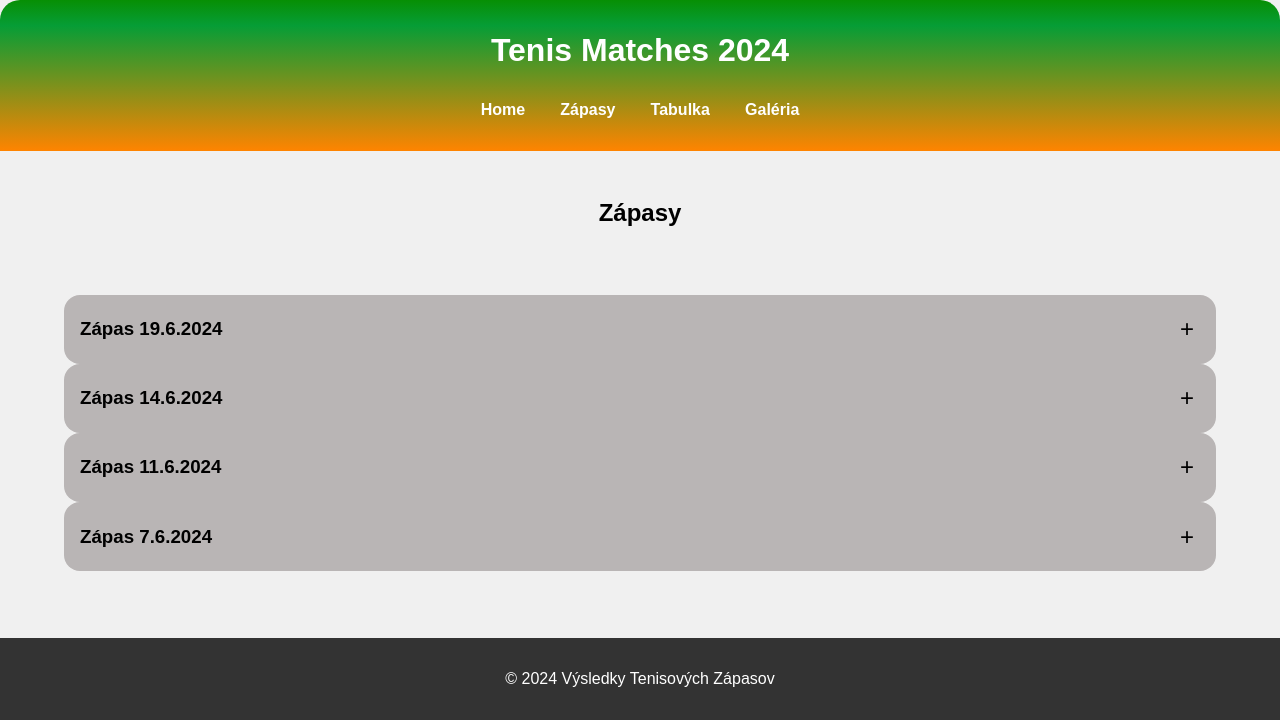
Repository: Badynko/tenis
Page: matches.html
The author's editor kept a copy of each file at every save. The page is drawn from the files as they stood at one save, then again after the next save.
The browser window is 1280 px wide. The pictures show the whole page.

Above is the page before, as saved 2024-07-23 17:57:12.

### matches.html
<!DOCTYPE html>
<html lang="sk">
  <head>
    <meta charset="UTF-8" />
    <meta name="viewport" content="width=device-width, initial-scale=1.0" />
    <title>Tenis Matches 2024</title>
    <link rel="stylesheet" href="css/style.css" />
  </head>
  <body>
    <header>
      <h1>Tenis Matches 2024</h1>
      <nav>
        <ul class="menu">
          <li><a href="index.html">Home</a></li>
          <li><a href="matches.html">Zápasy</a></li>
          <li><a href="table.html">Tabulka</a></li>
          <li><a href="gallery.html">Galéria</a></li>
        </ul>
      </nav>
    </header>
    <main>
      <section id="zapasy">
        <h2>Zápasy</h2>

        <div class="accordion-container">
          <div class="accordion">
            <div class="accordion-header">
              <h3>Zápas 19.6.2024</h3>
              <button>+</button>
            </div>
            <div class="accordion-body">
              <div class="player">Bady</div>
              <div class="score">6 - 4, 3 - 6, 3 - 6</div>
              <div class="player">Wicta</div>
            </div>
          </div>

          <div class="accordion">
            <div class="accordion-header">
              <h3>Zápas 14.6.2024</h3>
              <button>+</button>
            </div>
            <div class="accordion-body">
              <div class="player">Bady</div>
              <div class="score">3 - 6, 3 - 6</div>
              <div class="player">Wicta</div>
            </div>
          </div>

          <div class="accordion">
            <div class="accordion-header">
              <h3>Zápas 11.6.2024</h3>
              <button>+</button>
            </div>
            <div class="accordion-body">
              <div class="player">Bady</div>
              <div class="score">6 - 2, 4 - 6, 6 - 1</div>
              <div class="player">Wicta</div>
            </div>
          </div>

          <div class="accordion">
            <div class="accordion-header">
              <h3>Zápas 7.6.2024</h3>
              <button>+</button>
            </div>
            <div class="accordion-body">
              <div class="player">Bady</div>
              <div class="score">6 - 4, 6 - 2</div>
              <div class="player">Wicta</div>
            </div>
          </div>
        </div>

        <!--<button class="match">
          Zápas 7
          <p>19.6.2024</p>
        </button>
        <div class="accordion, hidden">
          <div class="player">Bady</div>
          <div class="score">6 - 4, 4 - 6, 6 - 2</div>
          <div class="player">Wicta</div>
        </div>

        <button class="match">
          Zápas 6
          <p>16.6.2024</p>
        </button>
        <div class="accordion, hidden">
          <div class="player">Bady</div>
          <div class="score">6 - 3, 7 - 5</div>
          <div class="player">Wicta</div>
        </div>

        <button class="match">
          Zápas 5
          <p>13.6.2024</p>
        </button>
        <div class="accordion, hidden">
          <div class="player">Bady</div>
          <div class="score">6 - 3, 7 - 5</div>
          <div class="player">Wicta</div>
        </div>-->
      </section>
    </main>
    <footer>
      <p>&copy; 2024 Výsledky Tenisových Zápasov</p>
    </footer>
    <script src="js/script-matches.js"></script>
  </body>
</html>

### css/style.css
body {
  font-family: Arial, sans-serif;
  margin: 0;
  padding: 0;
  background-color: #f0f0f0;
}

header {
  background-color: #12684e;
  color: #fff;
  text-align: center;
  padding: 1rem 0;
  border-radius: 20px 20px 0 0;
  background: rgb(7, 143, 4);
  background: linear-gradient(
    180deg,
    rgba(7, 143, 4, 1) 0%,
    rgba(6, 157, 54, 1) 17%,
    rgba(255, 132, 0, 1) 100%
  );
  font-family: Century Gothic, CenturyGothic, AppleGothic, sans-serif;
}

h1 {
  margin: 0;
  margin-top: 1rem;
}

nav {
  margin: 2rem 0;
  margin-bottom: 0;
}

.menu {
  list-style-type: none;
  padding: 0;
  display: flex;
  justify-content: center;
}

.menu li {
  margin: 0 1rem;
}

.menu a {
  color: #fff;
  text-decoration: none;
  padding: 0.5rem 0.1rem;
  border-radius: 5px;
  transition: background-color 0.3s;
  font-weight: bold;
}

.menu a:hover {
  background-color: #575757;
}

main {
  padding: 1rem;
  text-align: center;
}

section {
  margin: 2rem 0;
}

.match {
  background-color: #fff;
  padding: 1rem;
  border-radius: 5px;
  box-shadow: 0 0 10px rgba(0, 0, 0, 0.1);
  display: flex;
  justify-content: space-between;
  align-items: center;
  flex-wrap: wrap;
}

.player {
  font-size: 1.2rem;
  flex: 1 1 100%;
  text-align: center;
  margin: 0.5rem 0;
}

.score {
  font-size: 1.5rem;
  flex: 1 1 100%;
  text-align: center;
  font-weight: bold;
  color: #333;
  margin: 0.5rem 0;
}

footer {
  background-color: #333;
  color: #fff;
  text-align: center;
  padding: 1rem 0;
  position: fixed;
  left: 0;
  bottom: 0;
  width: 100%;
}

@media (min-width: 600px) {
  .match {
    flex-wrap: nowrap;
  }

  .player,
  .score {
    flex: 1;
    text-align: left;
  }

  .score {
    text-align: center;
  }
}

/* HOME SLIDER */
.slider {
  margin-top: 3rem;
  width: 100%;
  padding-bottom: 50%;
}
.slider img {
  width: 100%;
}
.wrapper {
  width: 100%;
  margin: 0;
}
@media only screen and (min-width: 1024px) {
  .wrapper {
    width: 1024px;
    margin: auto;
  }
}

/* Accordion Styles */

.accordion-container {
  padding: 3rem;
}

.accordion-header,
.accordion-body {
  padding: 0.3rem 1rem;
}

.accordion-header {
  display: flex;
  justify-content: space-between;
  align-items: center;
  background-color: #b9b5b5;
  border-radius: 1rem;
  cursor: pointer;
}

.accordion-header button {
  background-color: transparent;
  border: none;
  font-size: 1.5rem;
}

.accordion-header:hover {
  background-color: #716f6f;
}

.accordion-body {
  background-color: #fff;
  border-radius: 0 0 1rem 1rem;
  display: none;
}

.accordion.active .accordion-body {
  display: block;
}

### js/script-matches.js
"use strict";

const accordions = document.querySelectorAll(".accordion");
accordions.forEach((accordion) => {
  accordion.addEventListener("click", (e) => {
    let accordionBtn = accordion.querySelector("button");
    accordion.classList.toggle("active");
    if (accordionBtn.textContent === "+") {
      accordionBtn.textContent = "-";
    } else {
      accordionBtn.textContent = "+";
    }
  });
});

After the next save:
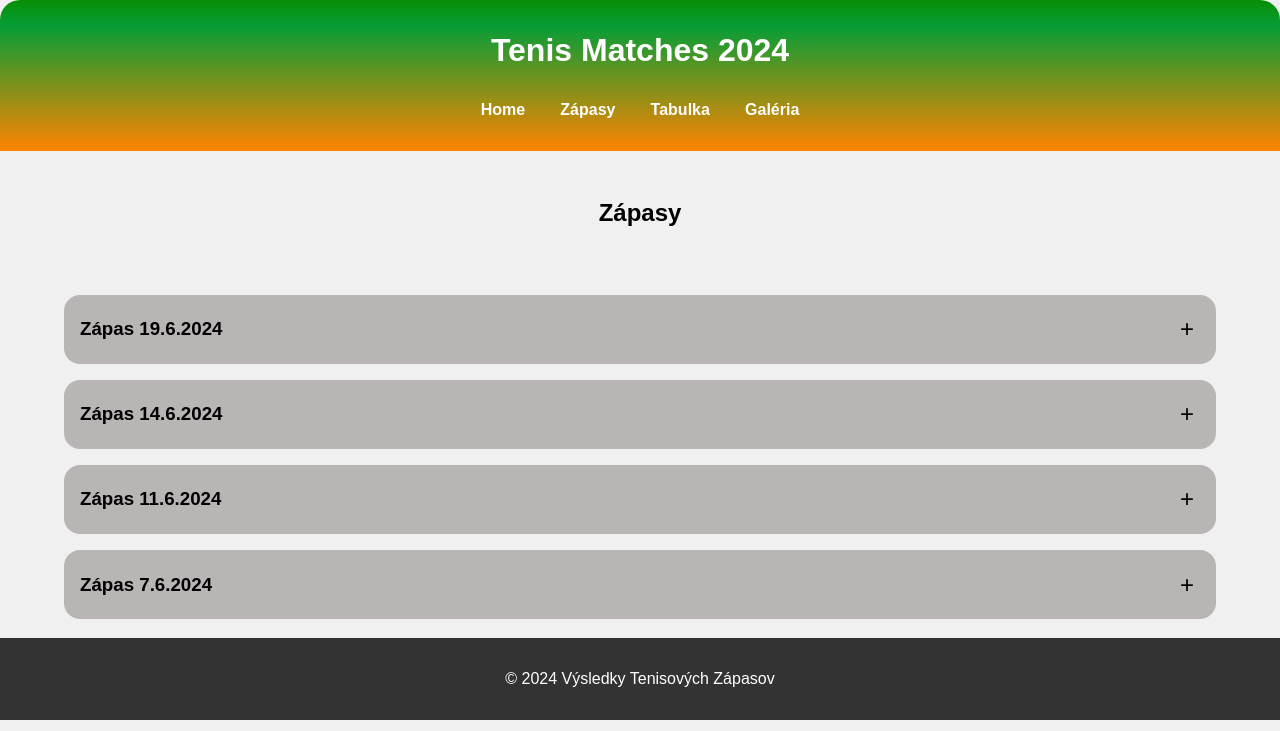
Saved 64 s later.
--- a/css/style.css
+++ b/css/style.css
@@ -140,6 +140,10 @@ footer {
 
 /* Accordion Styles */
 
+.accordion {
+  margin-bottom: 1rem;
+}
+
 .accordion-container {
   padding: 3rem;
 }
